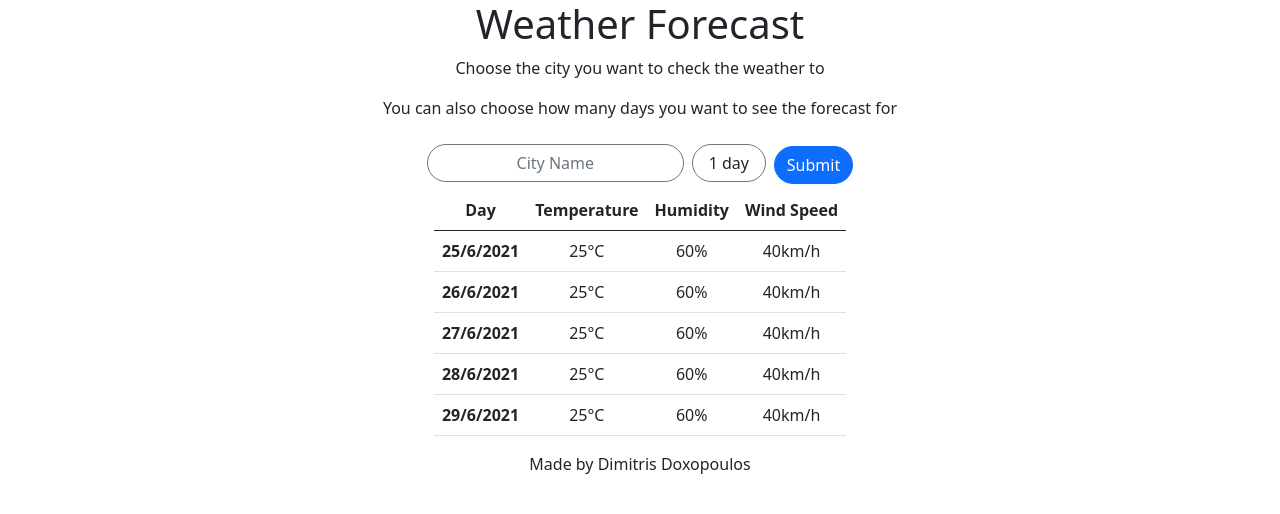
Repository: DimitrisDoxopoulos/my-own-weather-app
Page: /
The author's editor kept a copy of each file at every save. The page is drawn from the files as they stood at one save, then again after the next save.
The browser window is 1280 px wide. The pictures show the whole page.
The project was rebuilt for these pictures with package versions that can differ from the ones it lists, and the page was loaded fresh each time.

Above is the page before, as saved 2021-06-03 20:10:00.

After the next save:
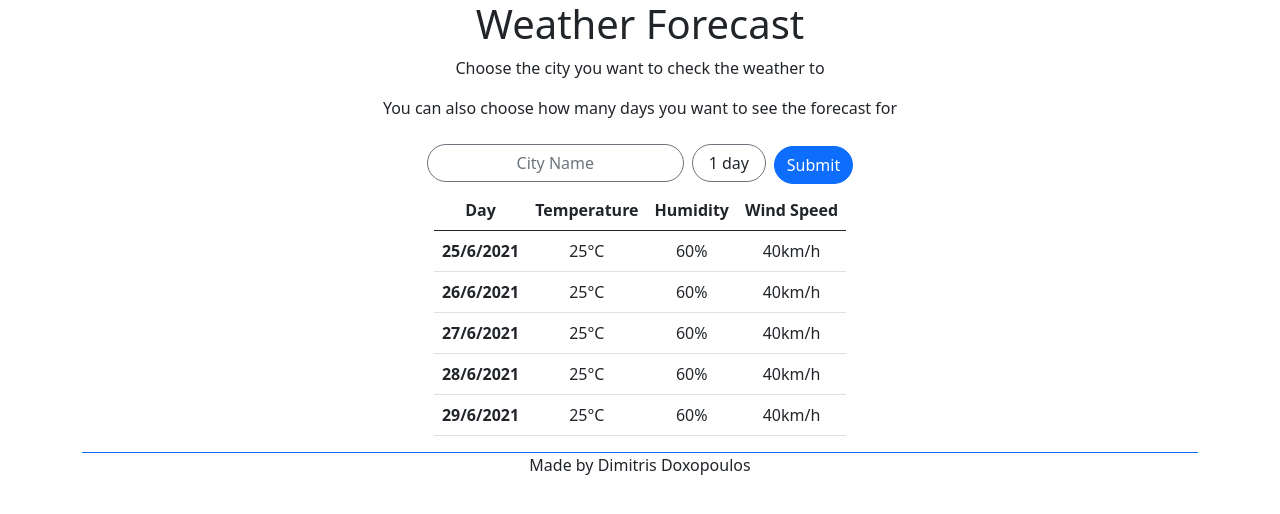
Saved 37 s later.
--- a/src/components/Footer.js
+++ b/src/components/Footer.js
@@ -2,7 +2,7 @@
 
 const Footer = () => {
     return (
-        <div className="container border-black">
+        <div className="container border-top border-primary">
             <div className="footer">
                 <p className="">Made by Dimitris Doxopoulos</p>
             </div>

After the save that followed:
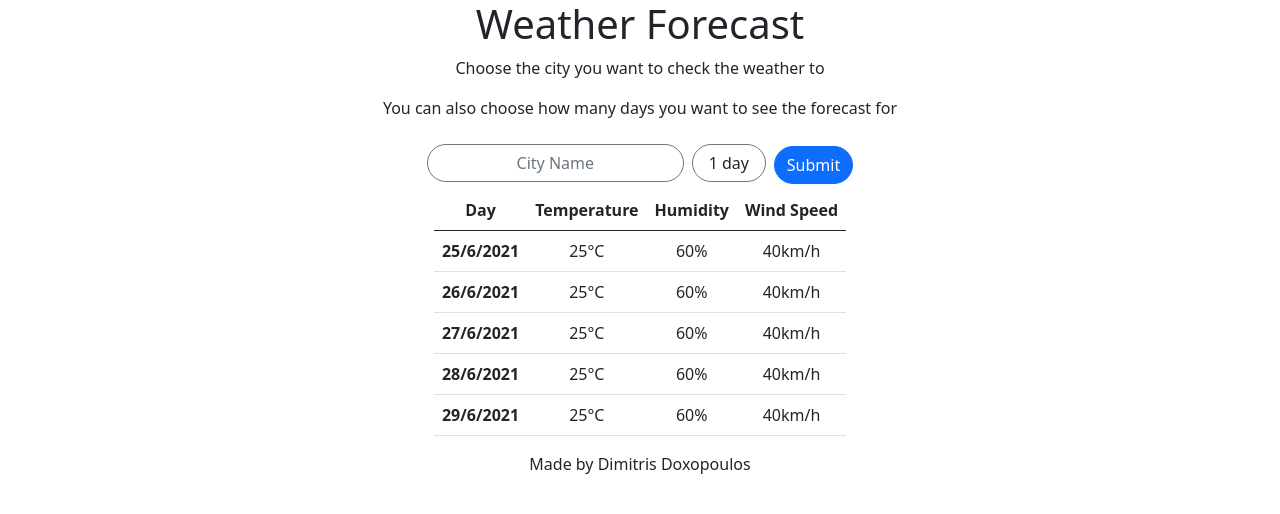
Saved 21 s later.
--- a/src/components/Footer.js
+++ b/src/components/Footer.js
@@ -2,7 +2,7 @@
 
 const Footer = () => {
     return (
-        <div className="container border-top border-primary">
+        <div className="container border-top-5 border-primary">
             <div className="footer">
                 <p className="">Made by Dimitris Doxopoulos</p>
             </div>
